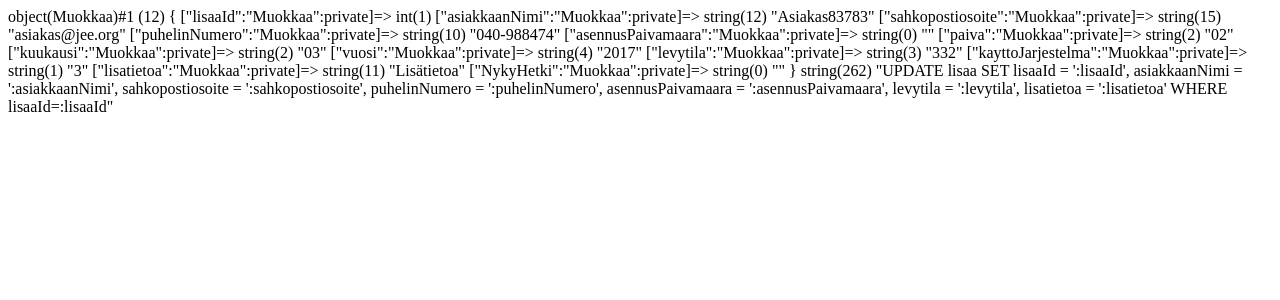
Repository: TommiKurjensalo/php
Page: http://localhost/test/function_to_function.php
The author's editor kept a copy of each file at every save. The page is drawn from the files as they stood at one save, then again after the next save.
The browser window is 1280 px wide. The pictures show the whole page.
The page is run by PHP 8.4 with error messages shown; the project is at /var/www/html/.

Above is the page before, as saved 2017-04-25 16:26:55.

After the next save:
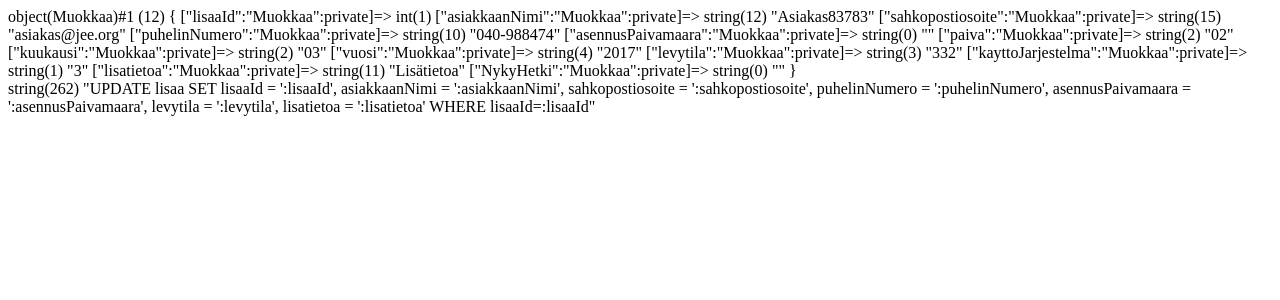
Saved 11 s later.
--- a/sivut/test/function_to_function.php
+++ b/sivut/test/function_to_function.php
@@ -389,7 +389,7 @@ public function muokkaaAsiakas($muokkaa) {
 
 	$sql_lisaa = build_sql_update($table,$data,$where);
 	//$sql_lisaa = Muokkaa::build_sql_update($table, $data, $where);
-	echo "\n";
+	echo "<br>";
 	var_dump($sql_lisaa);
 }
 }
